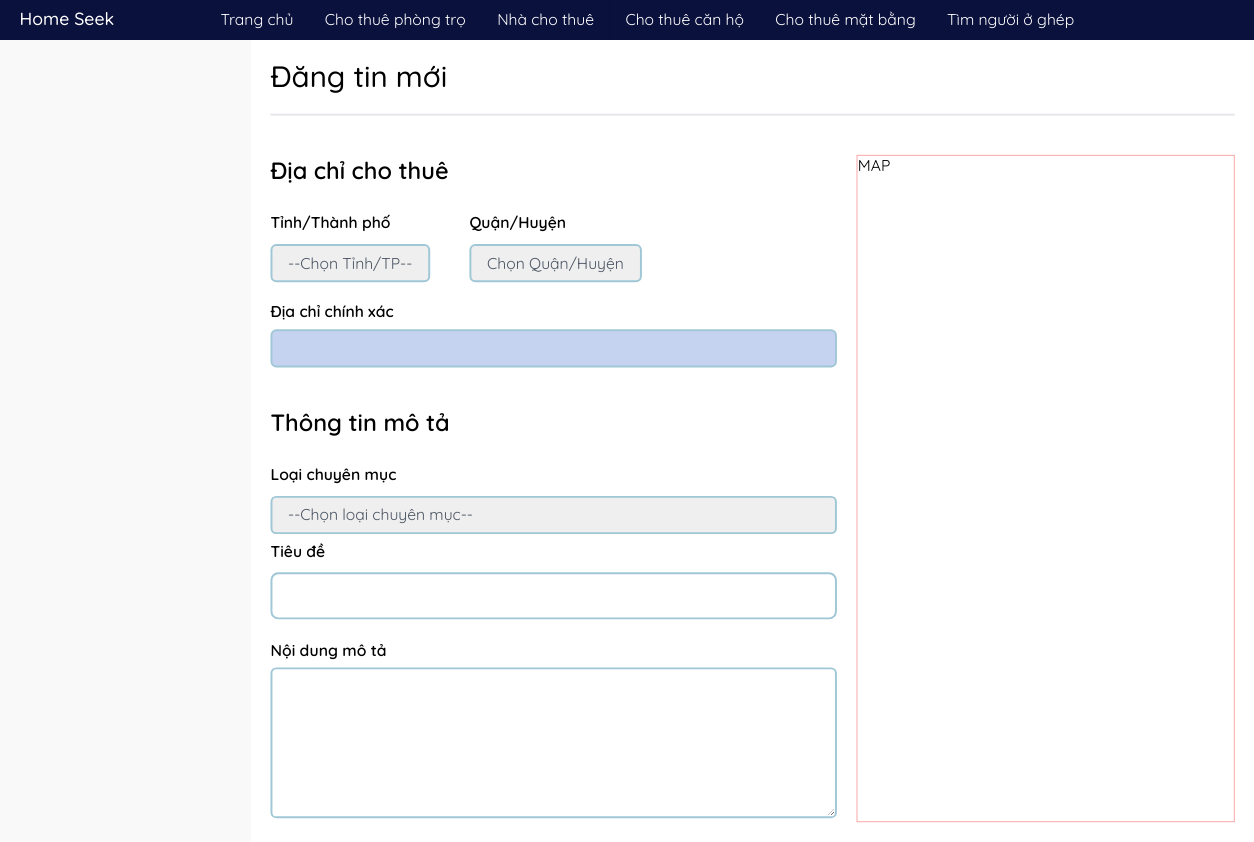
Repository: ajincome26/homeseek
Page: /create (app in client/)
An editor plug-in stored every save of this project. The page is shown before and after the next save, followed by the edit.
The browser window is 1280 px wide. The pictures show the whole page, at 98% of full size.
The page's requests for data from a server got no answer. The project was rebuilt for these pictures with package versions that can differ from the ones it lists, and the page was loaded fresh each time. Some packages were replaced by stand-ins written for this rebuild. No one was signed in, and anything a server would have sent is missing. Also part of the build but not shown: client/vite.config.ts, client/src/components/Footer/Footer.tsx, client/src/components/Button/Button.tsx, client/src/components/Button/index.ts, client/src/utils/utils.tsx, client/src/components/MainHeader/components/User.tsx, client/src/components/Popover/Popover.tsx, client/src/components/Popover/index.ts and 16 more.

Above is the page before, as saved 2024-01-10 05:10:46.

After the next save:
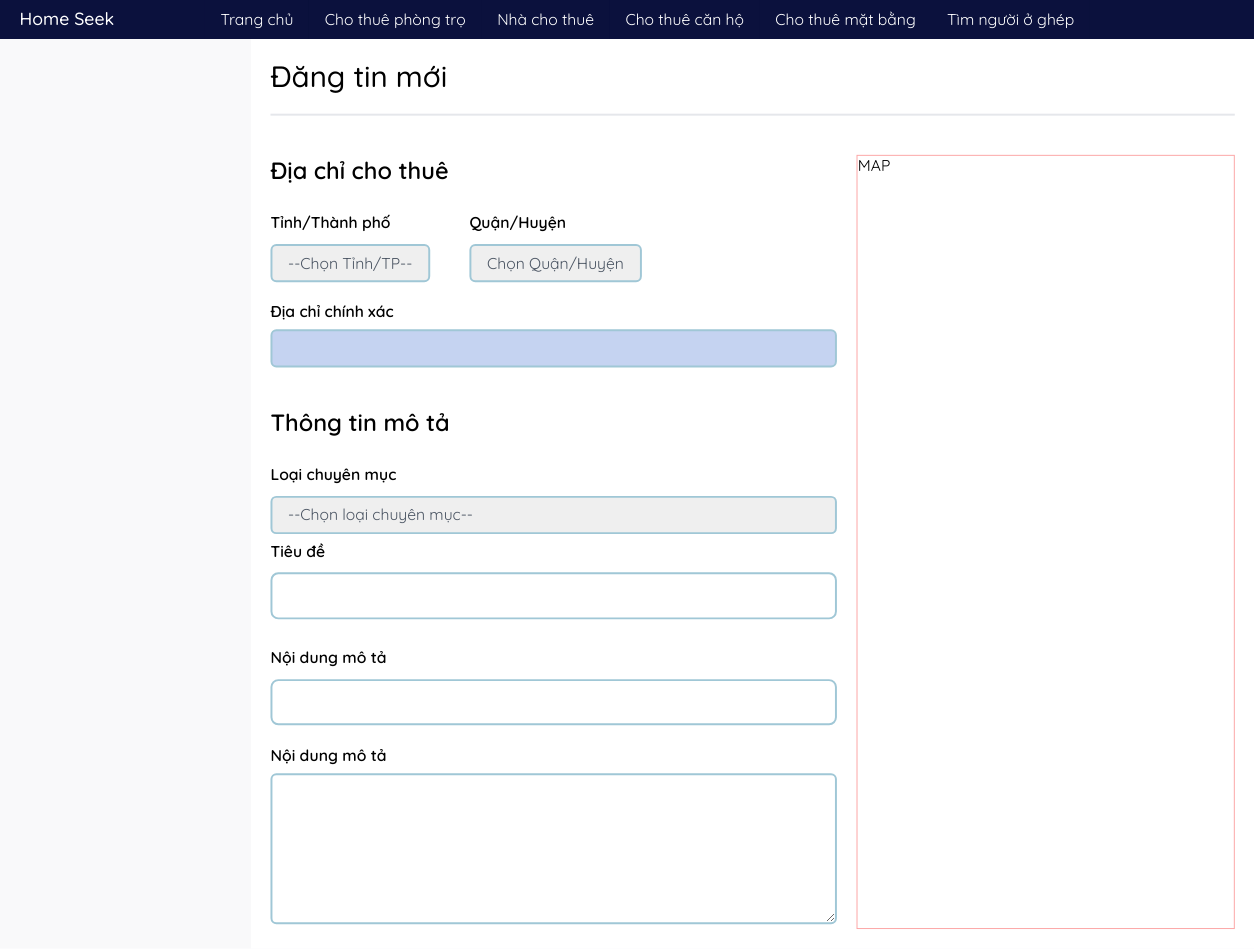
Saved 84 s later.
--- a/client/src/pages/CreatePostPage/components/Overview.tsx
+++ b/client/src/pages/CreatePostPage/components/Overview.tsx
@@ -46,6 +46,17 @@ const Overview = () => {
           errorMessage={errors.title?.message}
         />
       </Field>
+      <Field>
+        <Label textColor='text-black' htmlFor='title'>
+          Nội dung mô tả
+        </Label>
+        <Input
+          className='px-3 py-2 border-[2px] border-[#a0c7d6] outline-none focus:border-[#4b5fc2] cr-transition flex-1 hover:border-[#a0c7d6]'
+          register={register}
+          name='title'
+          errorMessage={errors.title?.message}
+        />
+      </Field>
       <div>
         <label htmlFor='desc' className='font-semibold'>
           Nội dung mô tả
